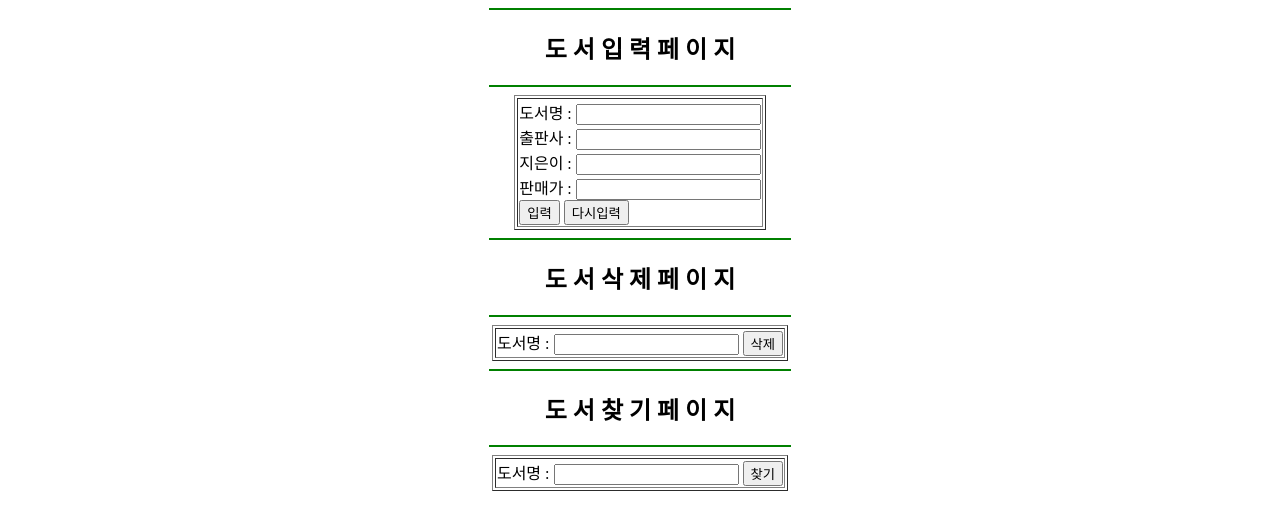
Repository: sungeunbyeol/Nowon-ezen-jsp
Page: http://localhost/jspBook/book/book.jsp
An editor plug-in stored every save of this project. The page is shown before and after the next save, followed by the edit.
The browser window is 1280 px wide. The pictures show the whole page.
The page is served by Tomcat 9.

Above is the page before, as saved 2021-11-04 06:13:08.

After the next save:
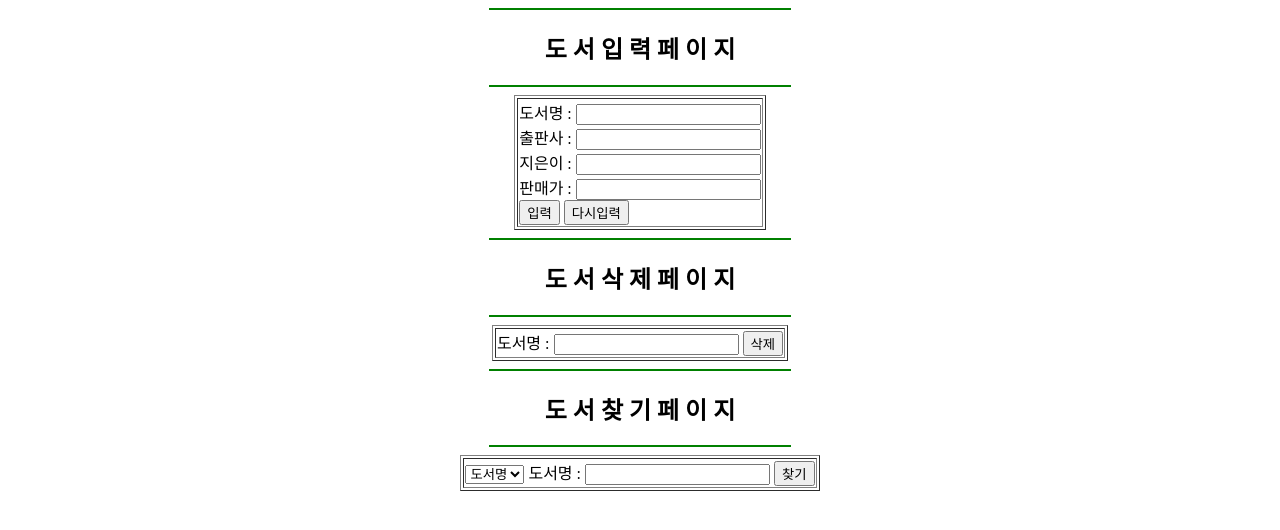
Saved 4 min 49 s later.
--- a/jspBook/WebContent/book/book.jsp
+++ b/jspBook/WebContent/book/book.jsp
@@ -47,6 +47,9 @@
 			<table border="1">
 				<tr>
 					<td>
+					<select name="search">
+						<option value="bookname"> 도서명</option>
+					</select>
 						도서명 : <input type="text" name="bookname">
 						<input type="submit" value="찾기">
 					</td>
